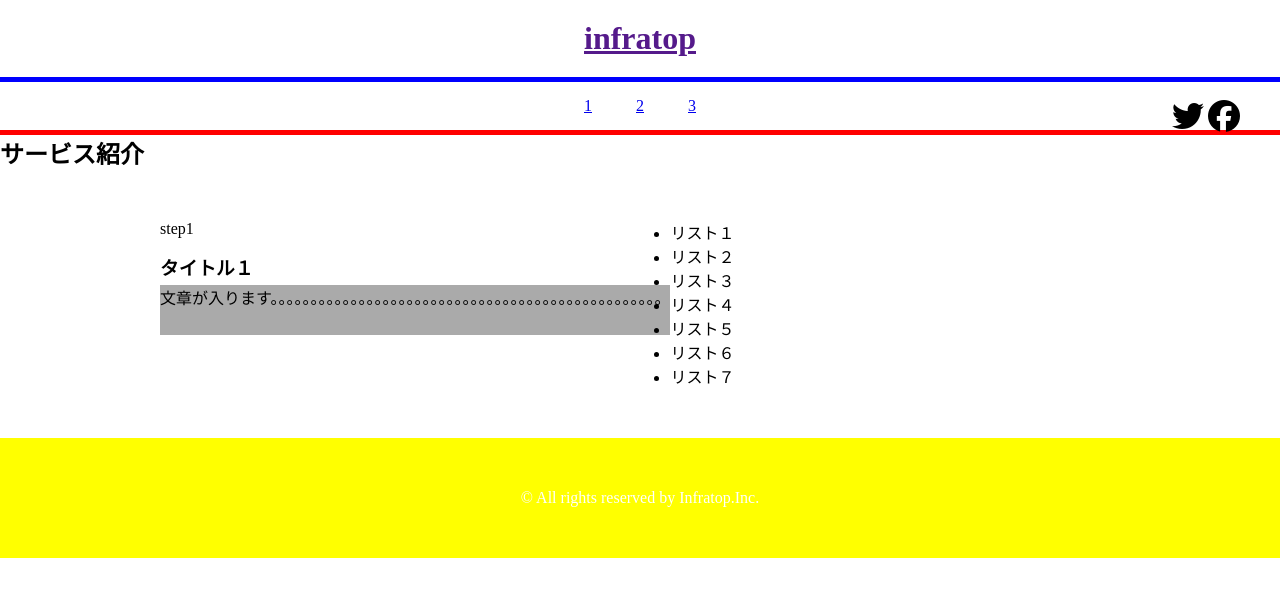
Repository: yymmyymm/review-sub1
Page: caravan2/index2.html
The author's editor kept a record of every edit. The page is drawn from the files as they stood at one moment, then again after the next edit.
The browser window is 1280 px wide. The pictures show the whole page.
Some web libraries are served in a nearby version.

Above is the page before.

### caravan2/index2.html
<!DOCTYPE html>
<html lang="ja">
  <head>
    <meta charset="UTF-8"/>
    <script src="https://kit.fontawesome.com/0855b218b3.js" crossorigin="anonymous"></script>
    <link rel="stylesheet" href="style2.css"/>
    <title>演習</title>
  </head>
  <body>
    <div class="position">

    <i class="fa-brands fa-twitter"></i>
    <i class="fa-brands fa-facebook"></i>
    </div>
  <header>
    <h1 class="heading"><a href="">infratop</a>
    </h1>
  </header>

  <nav>
    <ul class="nav-list">
      <li class="nav-list-item">
        <a href="index2.html">1</a>
      </li>
       <li class="nav-list-item">
        <a href="index2.html">2</a>
      </li>
       <li class="nav-list-item">
        <a href="index2.html">3</a>
      </li>

    </ul>
  </nav>
  <div class="main">
    <div class="box1"></div>
    <div class="box2"></div>
    <div class="box3"></div>
    <div class="box4"></div>
    <div class="box5"></div>
    <div class="box6"></div>
    <div class="box7"></div>

  </div>
    <div class="airport"></div>
    <div class="asia"></div>
    <div class="desert"></div>
    <div class="forest"></div>

  <section class="main-visual">
    <h1 class="headline">サービス紹介</h1>
  </section>

  <main>
    <div class="step box">
      <div class="step img1"></div>
      <span clss="step num">step1</span>
      <h3 class="title">タイトル１</h3>
      <p class="text">
        文章が入ります。。。。。。。。。。。。。。。。。。。。。。。。。。。。。。。。。。。。。。。。。。。。。。。。。
      </p>
    </div>




  <ul class="item-list">
    <li class="item">リスト１</li>
    <li class="item">リスト２</li>
    <li class="item">リスト３</li>
    <li class="item">リスト４</li>
    <li class="item">リスト５</li>
    <li class="item">リスト６</li>
    <li class="item">リスト７</li>
  </ul>
  <div class="box-list">
    <div class="box"></div>
     <div class="box"></div>
    <div class="box"></div>
    <div class="box"></div>
    <div class="box"></div>
    <div class="box"></div>
    <div class="box"></div>
    <div class="box"></div>
    <div class="box"></div>


  </div>
  </main>



  <footer>
    <p class="footer-text">© All rights reserved by Infratop.Inc.</p>
  </footer>


  </body>
</html>

### caravan2/style2.css
*{
  margin: 0;
  padding: 0;
  box-sizing: border-box;
}

header{
  width: 100%;
  padding: 20px 0;
  text-align: center;
}

.nav-list{
  text-align: center;
  padding: 15px 0;
  margin: 0 auto;
  border-bottom: 5px solid red;
  border-top: 5px solid blue;
}

.nav-list-item{
  list-style: none;
  display: inline-block;
  margin: 0 20px;
}

.fa-brands {
  font-size: 32px;
}

.position{
  position: absolute;
  top:100px;
  right: 40px;
}

main{
  width: 960px;
  display: flex;
  margin: 50px auto;
}

.step-box{
  width: 300px;
  margin-right: 30%;
 padding: 10px;
  position: relative;
  background-color: #eee;
}

.step-img1{
  height: 150px;
  background-image: url(img/flow01.png);
  background-position: bottom;
  background-size: cover;
}

.step-img2{
  height: 150px;
  background-image: url(img/flow02.png);
  background-position: bottom;
  background-size: cover;
}

.step-img3{
  height: 150px;
  background-image: url(img/flow03.png);
  background-position: bottom;
  background-size: cover;
}

.step-num{
  position: absolute;
  top: 0;
  left: 0;
  background-color: #ff9a4b;
  color: #fff;
}

.title{
  margin: 15px 0 5px;
}

.text{
  height: 50px;
  background-color:  #aaa;
}


footer{
  width: 100%;
  height: 120px;
text-align: center;
line-height: 120px;
background-color: yellow;
}

.footer-text{
  color: white;
}

After the next edit:
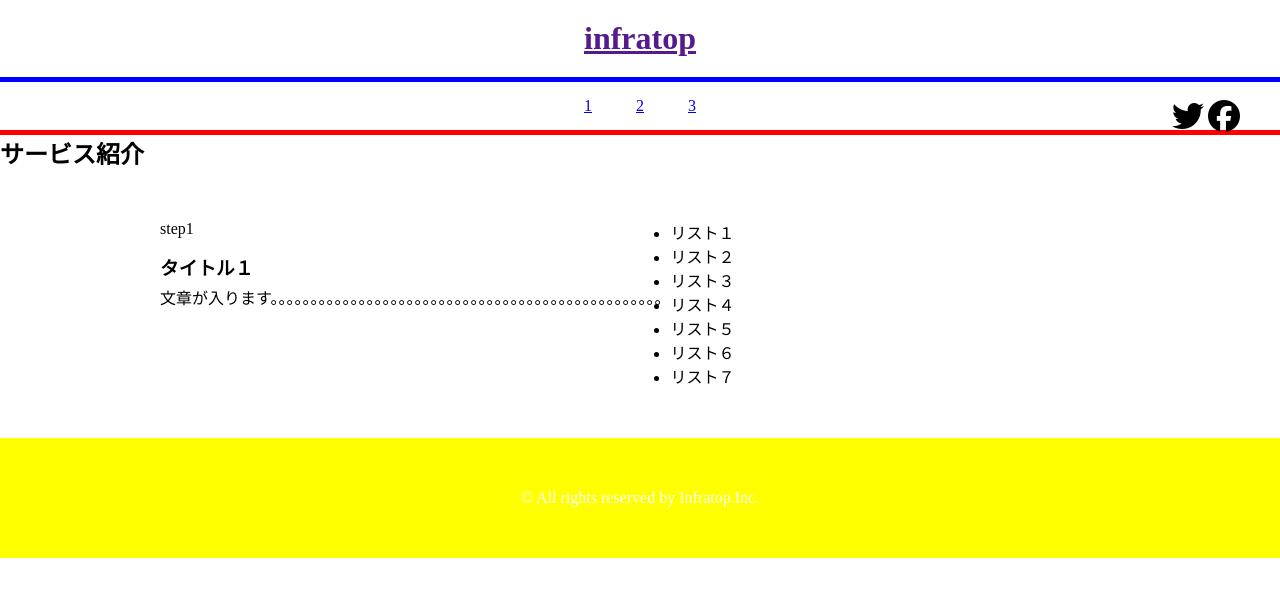
The edit:
--- a/caravan2/style2.css
+++ b/caravan2/style2.css
@@ -34,42 +34,46 @@
   right: 40px;
 }
 
-main{
+main {
   width: 960px;
+  margin: 50px auto;
   display: flex;
-  margin: 50px auto;
 }
 
-.step-box{
+.step-box {
   width: 300px;
-  margin-right: 30%;
- padding: 10px;
+  margin-right: 30px;
+  padding: 10px;
   position: relative;
   background-color: #eee;
 }
 
-.step-img1{
+.step-box:last-child {
+  margin-right: 0;
+}
+
+.step-img1 {
   height: 150px;
   background-image: url(img/flow01.png);
   background-position: bottom;
   background-size: cover;
 }
 
-.step-img2{
+.step-img2 {
   height: 150px;
   background-image: url(img/flow02.png);
   background-position: bottom;
   background-size: cover;
 }
 
-.step-img3{
+.step-img3 {
   height: 150px;
   background-image: url(img/flow03.png);
   background-position: bottom;
   background-size: cover;
 }
 
-.step-num{
+.step-num {
   position: absolute;
   top: 0;
   left: 0;
@@ -77,13 +81,8 @@
   color: #fff;
 }
 
-.title{
+.title {
   margin: 15px 0 5px;
-}
-
-.text{
-  height: 50px;
-  background-color:  #aaa;
 }
 
 
